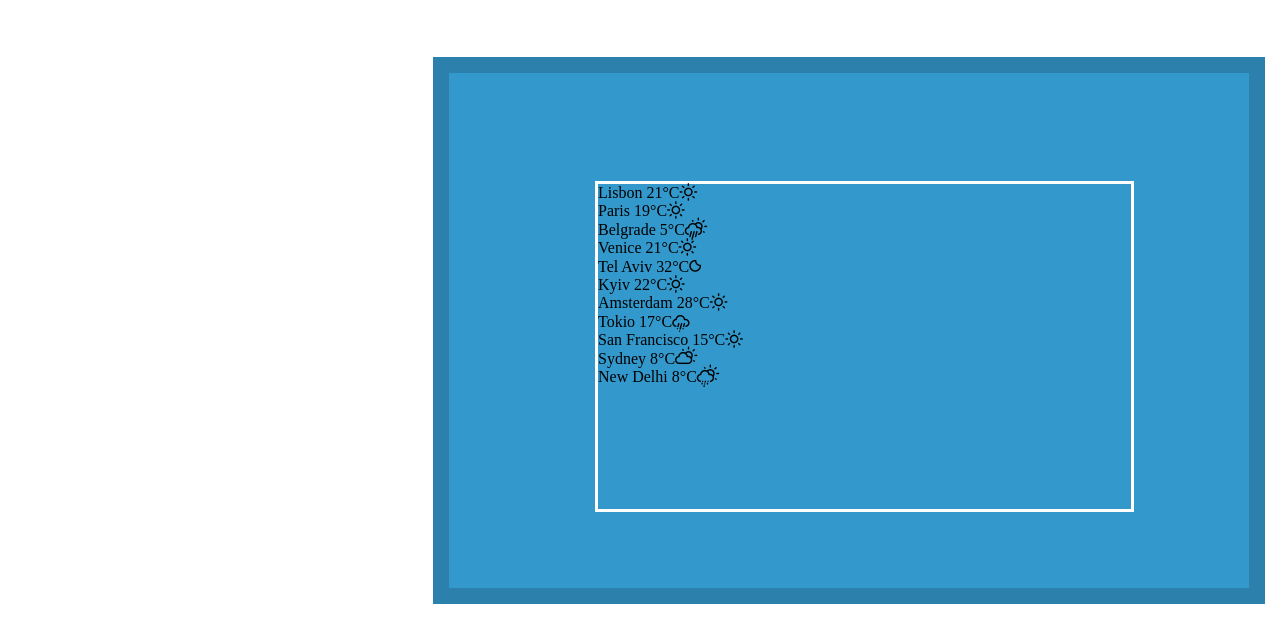
Repository: shpakovskaya/github.io
Page: boxsizing/weatherforecast/index.html
These files come from the project's save history. The page is drawn as it stood at one moment and after the next save; the edit follows.
The browser window is 1280 px wide. The pictures show the whole page.

Above is the page before, as saved 2021-11-27 21:09:40.

### boxsizing/weatherforecast/index.html
<!DOCTYPE html>
<html lang="en">
  <head>
    <meta charset="UTF-8" />
    <meta http-equiv="X-UA-Compatible" content="IE=edge" />
    <meta name="viewport" content="width=device-width, initial-scale=1.0" />
    <link
      rel="stylesheet"
      href="https://cdnjs.cloudflare.com/ajax/libs/normalize/8.0.1/normalize.min.css"
      integrity="sha512-NhSC1YmyruXifcj/KFRWoC561YpHpc5Jtzgvbuzx5VozKpWvQ+4nXhPdFgmx8xqexRcpAglTj9sIBWINXa8x5w=="
      crossorigin="anonymous"
      referrerpolicy="no-referrer"
    />
    <link
      rel="stylesheet"
      href="./icons/weather-icons-master/css/weather-icons.min.css"
    />
    <link rel="stylesheet" href="./style.css" />

    <link
      rel="shortcut icon"
      href="./premium-icon-satellite-6129641.ico"
      type="image/x-icon"
    />
    <title>Weatherforecast</title>
  </head>
  <body>
    <div class="conteiner">
      <!-- Main content -->
      <div class="items__wrapper">
        <ul class="c-items__wrapper">
          <li class="e-item">Lisbon 21&degC<i class="wi wi-day-sunny"></i></li>
          <li class="e-item">Paris 19&degC<i class="wi wi-day-sunny"></i></li>
          <li class="e-item">Belgrade 5&degC<i class="wi wi-day-rain"></i></li>
          <li class="e-item">Venice 21&degC<i class="wi wi-day-sunny"></i></li>
          <li class="e-item">
            Tel Aviv 32&degC<i class="wi wi-night-clear"></i>
          </li>
          <li class="e-item">Kyiv 22&degC<i class="wi wi-day-sunny"></i></li>
          <li class="e-item">
            Amsterdam 28&degC<i class="wi wi-day-sunny"></i>
          </li>
          <li class="e-item">Tokio 17&degC<i class="wi wi-hail"></i></li>
          <li class="e-item">
            San Francisco 15&degC<i class="wi wi-day-sunny"></i>
          </li>
          <li class="e-item">Sydney 8&degC<i class="wi wi-day-cloudy"></i></li>
          <li class="e-item">
            New Delhi 8&degC<i class="wi wi-day-sleet"></i>
          </li>
        </ul>
      </div>
    </div>
  </body>
</html>

### boxsizing/weatherforecast/style.css
* {
  box-sizing: border-box;
  margin: 0;
  padding: 0;
}

.conteiner {
  width: 832px;
  height: 547px;
  position: relative;
  top: 57px;
  left: 433px;
  border: 16px solid #2b81ac;
  background-color: #3399cc;
}

.items__wrapper {
  position: absolute;
  width: 539px;
  height: 331px;
  left: 146px;
  top: 108px;
  border: 3px solid #ffffff;
  transition: all 0.1s ease-in;
}

li {
  list-style: none;
}

Loaded but not shown: boxsizing/weatherforecast/icons/weather-icons-master/css/weather-icons.min.css (library)

After the next save:
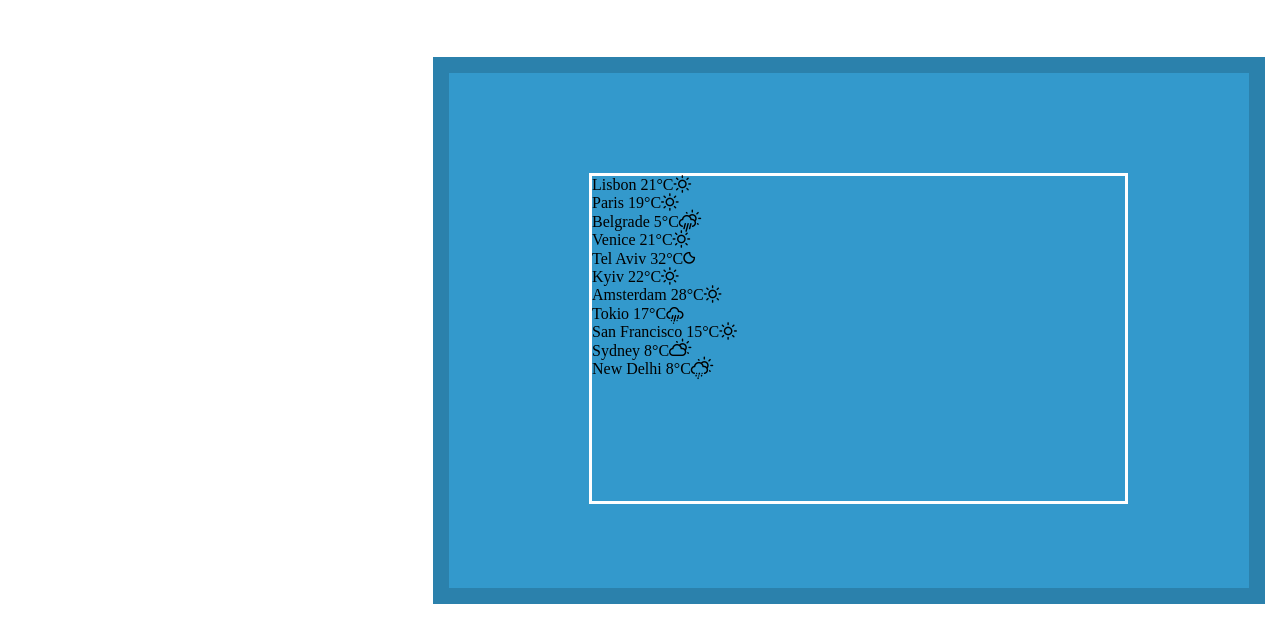
Saved 5 min 28 s later.
--- a/boxsizing/weatherforecast/style.css
+++ b/boxsizing/weatherforecast/style.css
@@ -18,8 +18,8 @@
   position: absolute;
   width: 539px;
   height: 331px;
-  left: 146px;
-  top: 108px;
+  left: 140px;
+  top: 100px;
   border: 3px solid #ffffff;
   transition: all 0.1s ease-in;
 }
